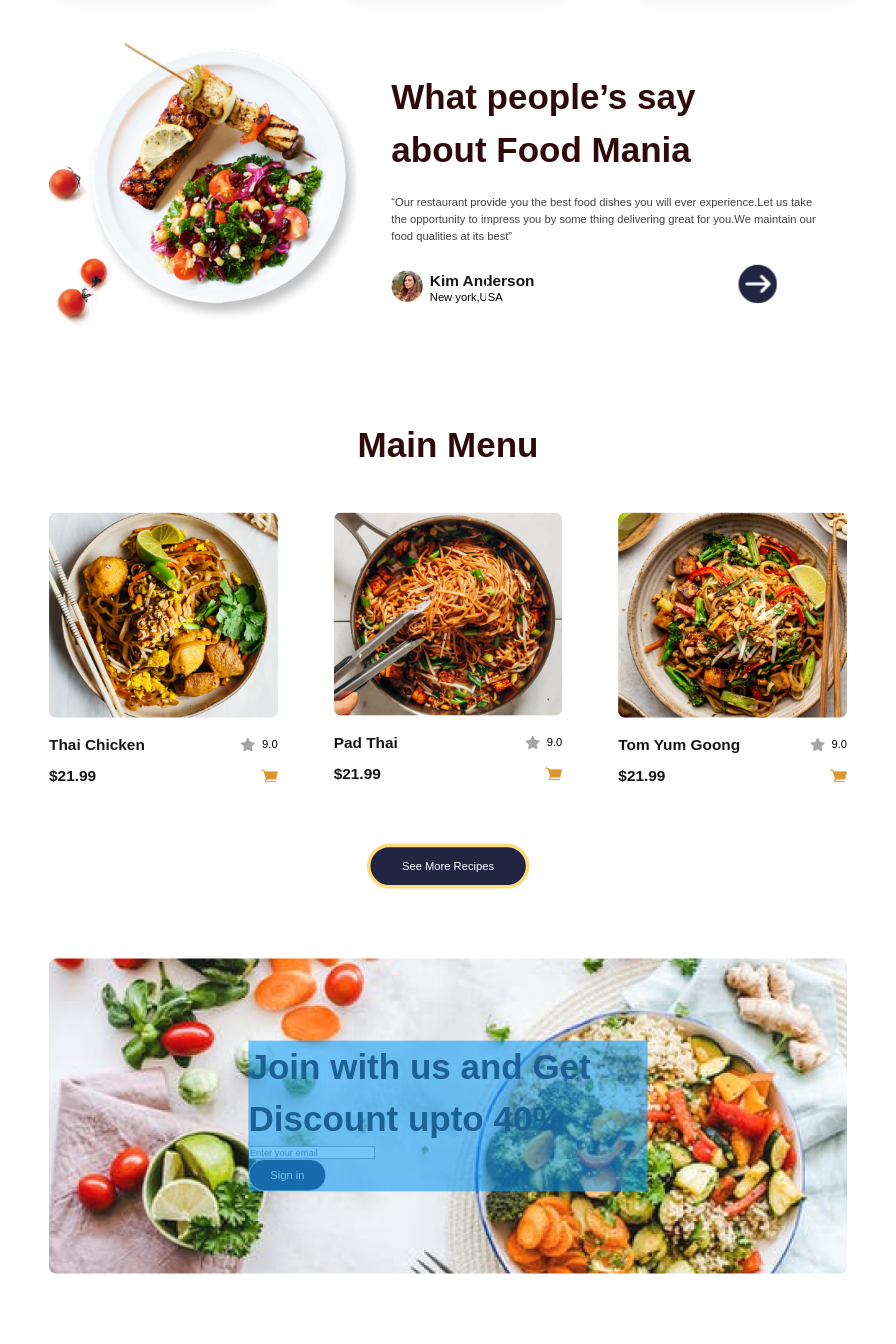
Repository: hoang0508/Figmafood
Page: index.html
The author's editor kept a copy of each file at every save. The page is drawn from the files as they stood at one save, then again after the next save.
The browser window is 1280 px wide. The pictures show the part of the page from y = 1925 to 3845 px (the page is 3845 px tall), at 70% of full size.
Backgrounds fixed to the window are drawn as part of the page. Some web libraries are served in a nearby version. The style sheet was rebuilt from its Sass, Less or Tailwind sources for each picture, by a compiler version that may differ from the author's.

Above is the page before, as saved 2021-11-08 15:36:16.

After the next save:
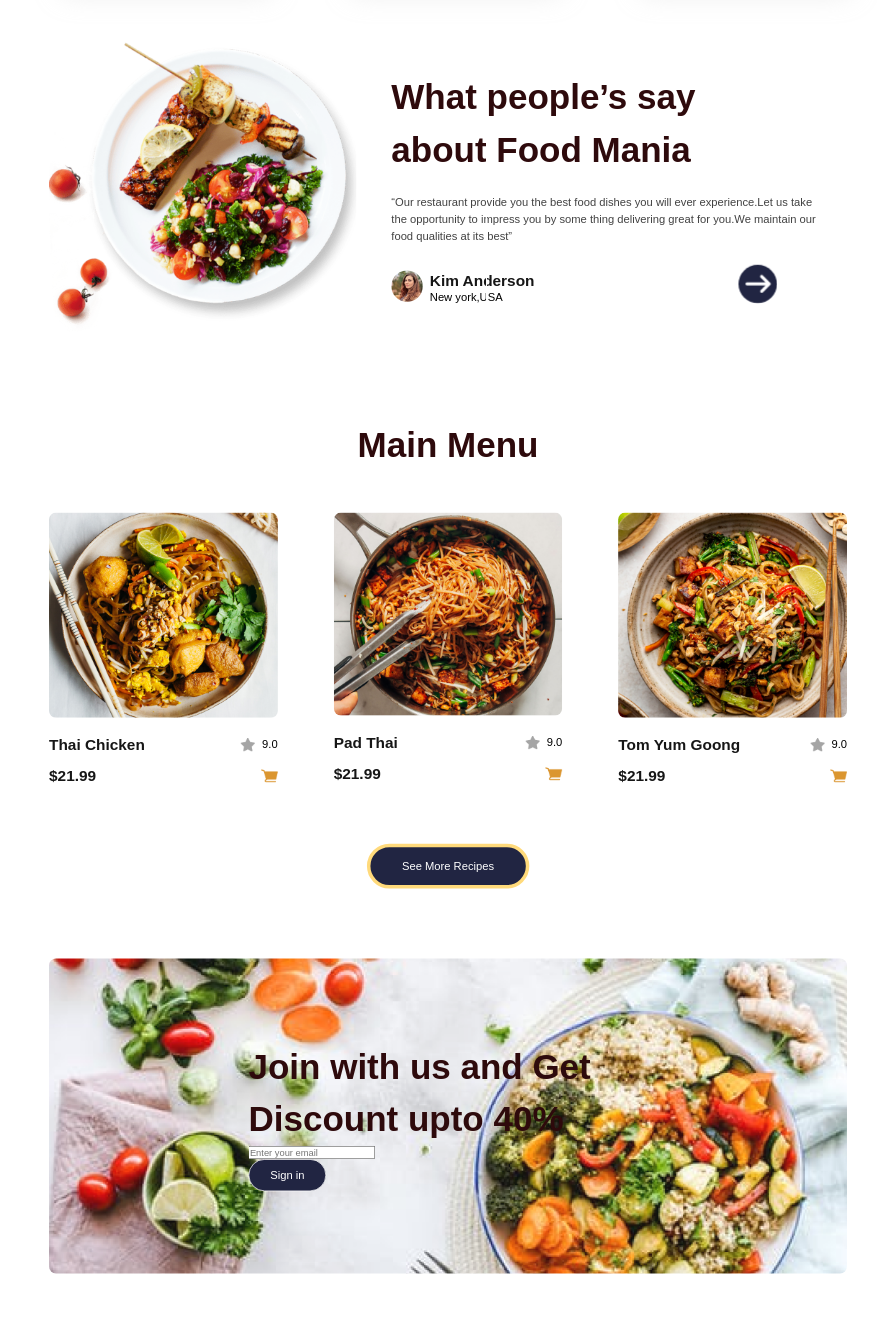
Saved 2 min 17 s later.
--- a/sass/_contact.scss
+++ b/sass/_contact.scss
@@ -8,17 +8,17 @@
     border-radius: 10px;
     object-fit: cover;
     position: relative;
-    ::after {
-      content: "";
-      position: absolute;
-      top: 0;
-      left: 0;
-      width: 100%;
-      height: 100%;
-      background-color: #129bf6;
-      opacity: 0.2;
-      z-index: 0;
-    }
+  }
+  &container::after {
+    content: "";
+    position: absolute;
+    top: 0;
+    left: 0;
+    width: 100%;
+    height: 100%;
+    background-color: #129bf6;
+    opacity: 0.2;
+    z-index: 0;
   }
   &-content {
     position: absolute;
